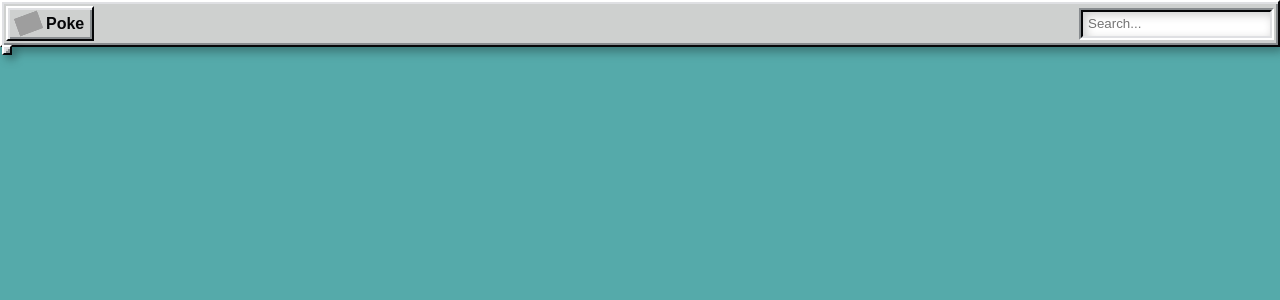
Repository: VolodymyrDubnytskyi/Pokemons
Page: /
The author's editor kept a copy of each file at every save. The page is drawn from the files as they stood at one save, then again after the next save.
The browser window is 1280 px wide. The pictures show the whole page.
Pictures or frames that could not be fetched are drawn as grey boxes. The page's requests for data from a server got no answer. The project was rebuilt for these pictures with package versions that can differ from the ones it lists, and the page was loaded fresh each time. No one was signed in, and anything a server would have sent is missing. Also part of the build but not shown: src/Components/PopUpComponents/BasicInfo.js, src/Components/PopUpComponents/Stats.js, src/Components/PopUpComponents/Abilities.js, src/Components/PopUp.js.

Above is the page before, as saved 2020-06-11 14:02:54.

After the next save:
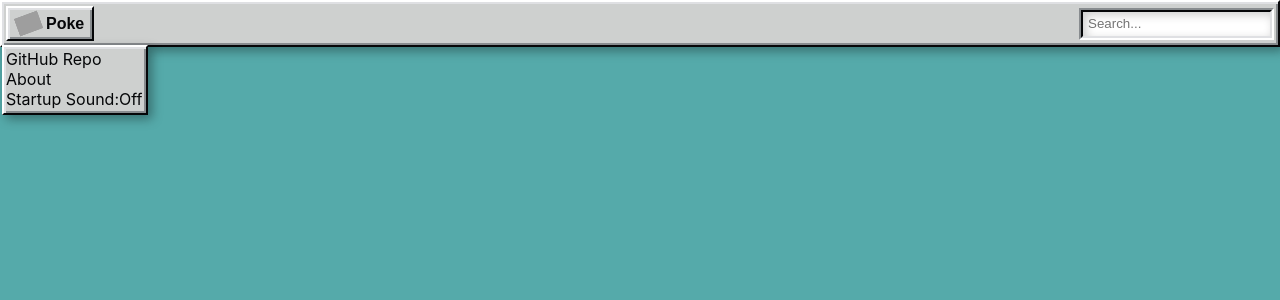
Saved 3 min 0 s later.
--- a/src/Components/HeaderComponents/Menu.js
+++ b/src/Components/HeaderComponents/Menu.js
@@ -3,7 +3,11 @@ import React from 'react';
 const Menu = props => {
   return(
       <div className={'nav-menu-container'}>
-
+        <ul>
+            <li>GitHub Repo</li>
+            <li>About</li>
+            <li>Startup Sound:Off</li>
+        </ul>
       </div>
   )
 }
